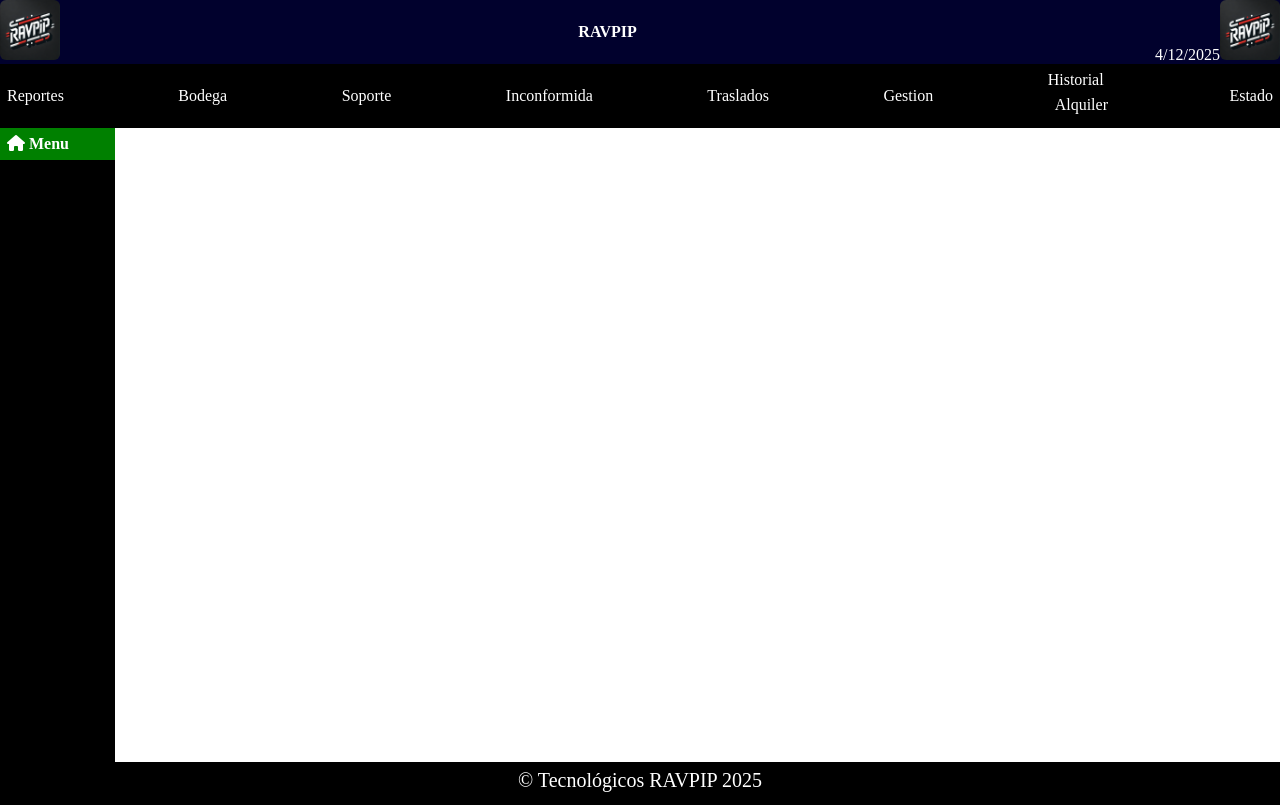
Repository: ye909/RAVPIP
Page: index.html
The author's editor kept a copy of each file at every save. The page is drawn from the files as they stood at one save, then again after the next save.
The browser window is 1280 px wide. The pictures show the whole page.
Some web libraries are served in a nearby version.

Above is the page before, as saved 2025-04-12 13:09:56.

After the next save:
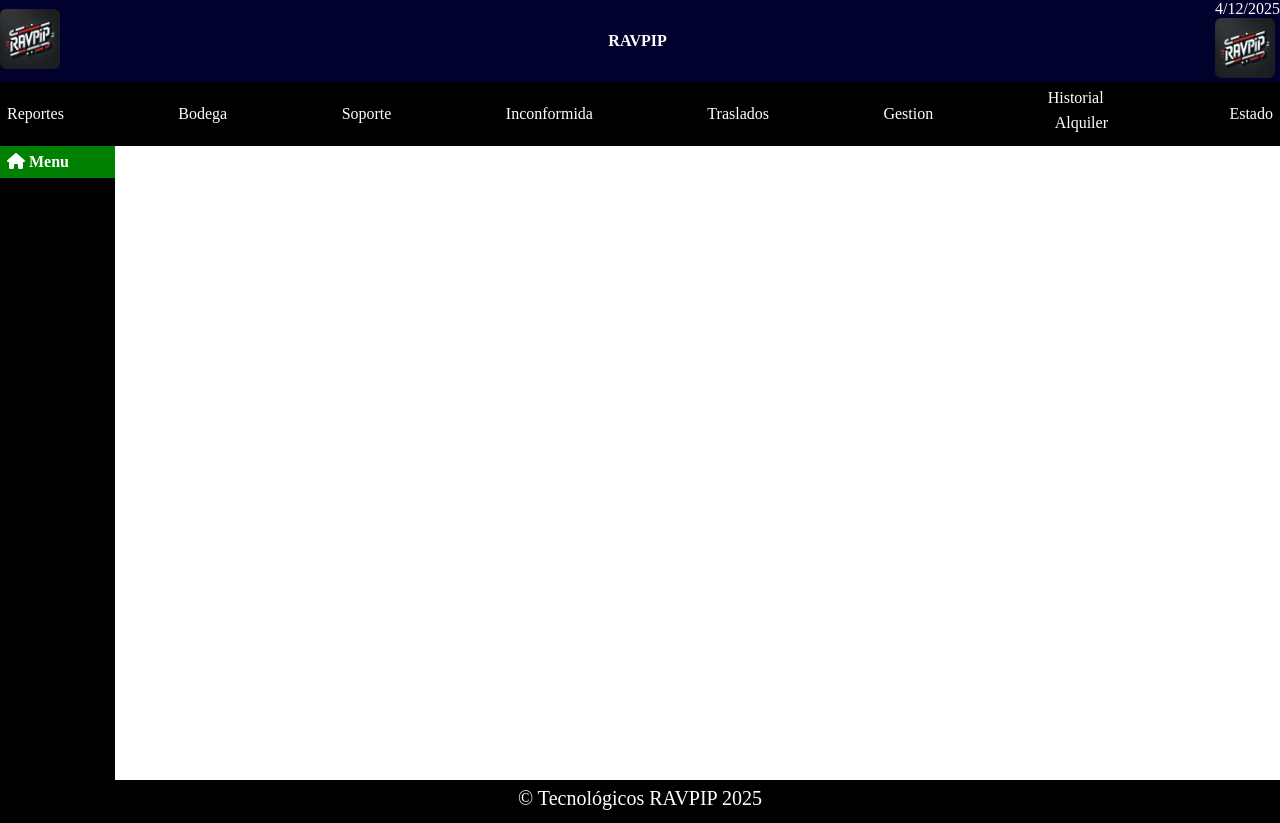
Saved 27 s later.
--- a/index.html
+++ b/index.html
@@ -14,7 +14,7 @@
     <div class="containerTituloLogo">
         <div><img src="./src/imagenes/logo2.webp" alt="Logo" class="imglogo"></div>
         <h1>RAVPIP</h1>
-        <div><span id="fecha"></span><img src="./src/imagenes/logo2.webp" alt="Logo" class="imglogo"></div>
+        <div><span id="fecha"></span><br><img src="./src/imagenes/logo2.webp" alt="Logo" class="imglogo"></div>
 
     </div>
 
